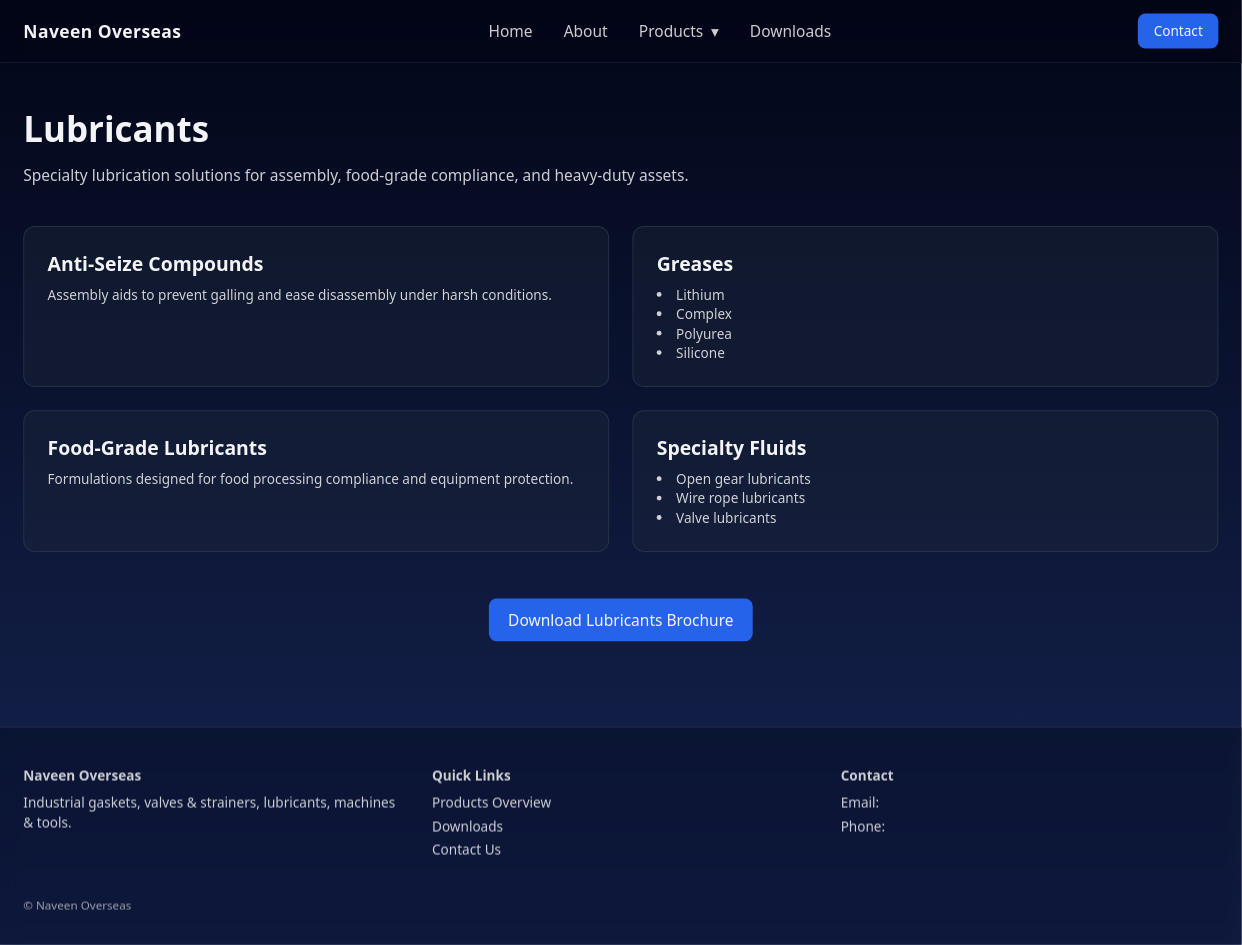
Repository: krish634-ai/overs
Page: /lubricants
An editor plug-in stored every save of this project. The page is shown before and after the next save, followed by the edit.
The browser window is 1280 px wide. The pictures show the whole page, at 97% of full size.
The project was rebuilt for these pictures with package versions that can differ from the ones it lists, and the page was loaded fresh each time. Also part of the build but not shown: vite.config.js, src/pages/Home.jsx, src/pages/About.jsx, src/pages/Products.jsx, src/pages/Gaskets.jsx, src/pages/Valves.jsx, src/pages/MachinesTools.jsx, src/pages/Contact.jsx and 1 more.

Above is the page before, as saved 2025-11-19 14:15:48.

After the next save:
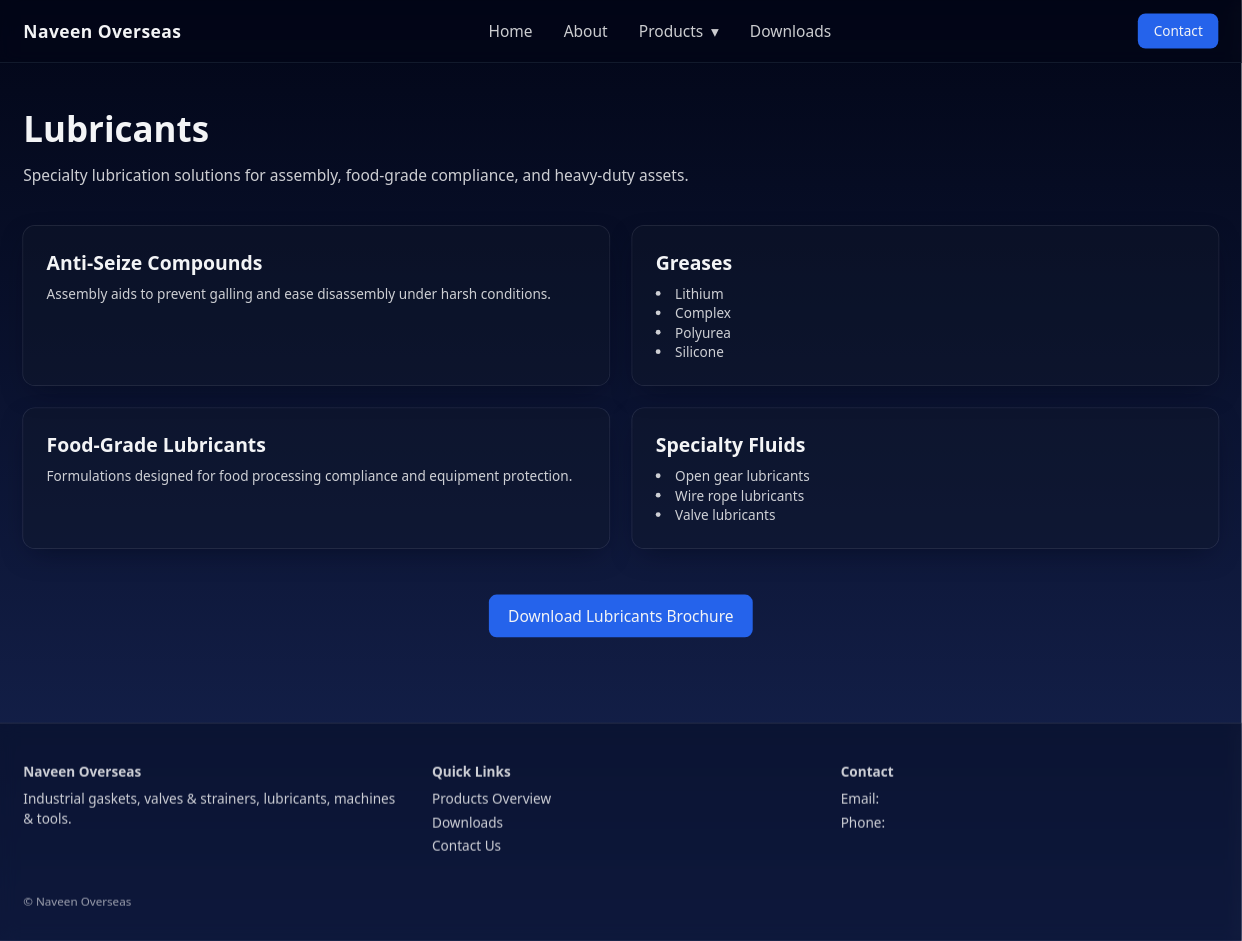
Saved 2 s later.
--- a/src/pages/Lubricants.jsx
+++ b/src/pages/Lubricants.jsx
@@ -6,12 +6,12 @@ export default function Lubricants() {
 
       <section className="mt-10">
         <div className="grid md:grid-cols-2 gap-6">
-          <div className="rounded-xl border border-slate-700/60 bg-slate-800/40 p-6">
+          <div className="rounded-xl bg-slate-900/40 ring-1 ring-white/10 p-6 shadow-soft">
             <h2 className="text-xl font-semibold">Anti-Seize Compounds</h2>
             <p className="mt-2 text-sm text-white/80">Assembly aids to prevent galling and ease disassembly under harsh conditions.</p>
           </div>
 
-          <div className="rounded-xl border border-slate-700/60 bg-slate-800/40 p-6">
+          <div className="rounded-xl bg-slate-900/40 ring-1 ring-white/10 p-6 shadow-soft">
             <h2 className="text-xl font-semibold">Greases</h2>
             <ul className="mt-2 list-disc list-inside text-sm text-white/80">
               <li>Lithium</li>
@@ -21,12 +21,12 @@ export default function Lubricants() {
             </ul>
           </div>
 
-          <div className="rounded-xl border border-slate-700/60 bg-slate-800/40 p-6">
+          <div className="rounded-xl bg-slate-900/40 ring-1 ring-white/10 p-6 shadow-soft">
             <h2 className="text-xl font-semibold">Food-Grade Lubricants</h2>
             <p className="mt-2 text-sm text-white/80">Formulations designed for food processing compliance and equipment protection.</p>
           </div>
 
-          <div className="rounded-xl border border-slate-700/60 bg-slate-800/40 p-6">
+          <div className="rounded-xl bg-slate-900/40 ring-1 ring-white/10 p-6 shadow-soft">
             <h2 className="text-xl font-semibold">Specialty Fluids</h2>
             <ul className="mt-2 list-disc list-inside text-sm text-white/80">
               <li>Open gear lubricants</li>
